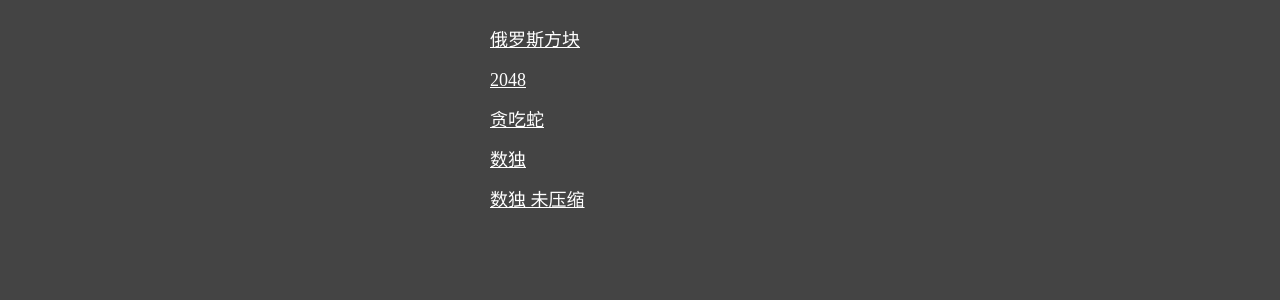
Repository: yangtengxiang/get_test
Page: game/H5/index.html
An editor plug-in stored every save of this project. The page is shown before and after the next save, followed by the edit.
The browser window is 1280 px wide. The pictures show the whole page.

Above is the page before, as saved 2020-04-29 17:38:20.

### game/H5/index.html
<!DOCTYPE html>
<html lang="zh-CN">
<head>
	<meta name="renderer" content="webkit">
	<meta http-equiv="Content-Type" content="text/html; charset=utf-8">
	<meta http-equiv="X-UA-Compatible" content="IE=edge,chrome=1">
	<meta name="viewport" content="width=device-width, initial-scale=1.0, maximum-scale=1.0, minimum-scale=1.0, user-scalable=no">
	<meta charset="UTF-8">
	<title>新页面</title>
	<style>
		body{
			background: #444;
		}
		.link-box{
			width: 300px;
			margin: 20px auto;
		}
		.link-box a{
			display: block;
			line-height: 40px;
			font-size: 18px;
			color: #FFF;
		}
	</style>
</head>
<body>
	 <div class="link-box">
		 <a href="elsfk.html">俄罗斯方块</a>
		 <a href="2048.html">2048</a>
		 <a href="tanchishe.html">贪吃蛇</a>

		 <a href="Sudoku_1.1.min.html">数独</a>
		 <a href="Sudoku_1.1.html">数独 未压缩</a>
	 </div>
</body>
</html>

After the next save:
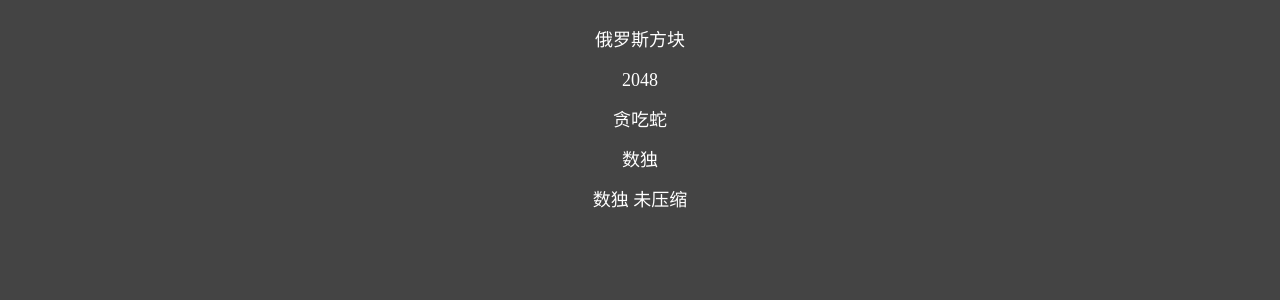
Saved 26 s later.
--- a/game/H5/index.html
+++ b/game/H5/index.html
@@ -20,6 +20,10 @@
 			line-height: 40px;
 			font-size: 18px;
 			color: #FFF;
+			text-decoration: none;
+			text-align: center;
+		}.link-box a:hover{
+			background: #eee;
 		}
 	</style>
 </head>
